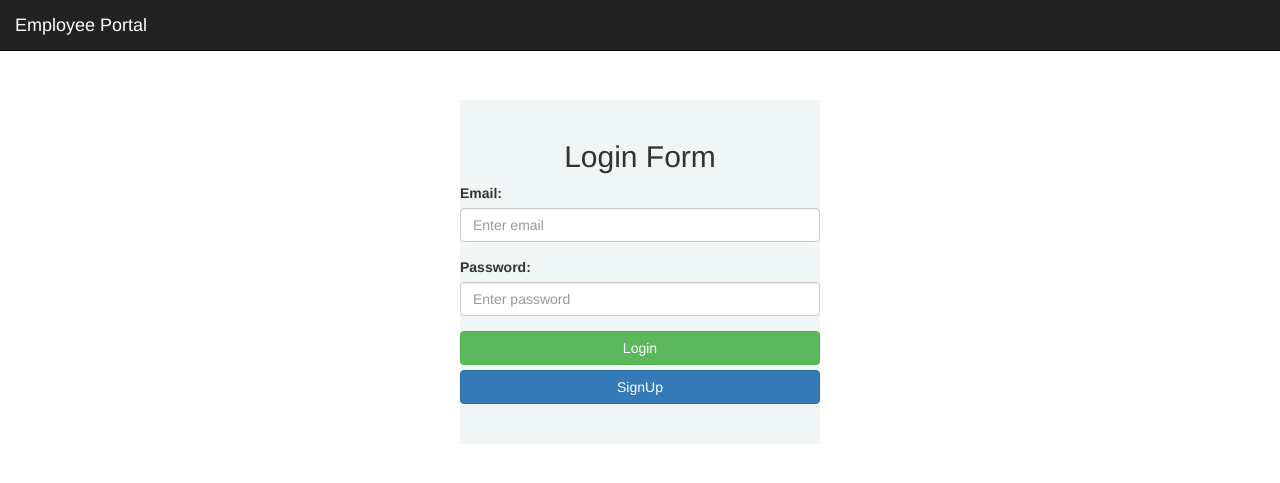
Repository: jagdishpatil18/JavaAdv
Page: http://localhost/EmployeePortal/
An editor plug-in stored every save of this project. The page is shown before and after the next save, followed by the edit.
The browser window is 1280 px wide. The pictures show the whole page.
Some web libraries are served in a nearby version. The page is served by Tomcat 9.

Above is the page before, as saved 2017-05-26 13:00:51.

After the next save:
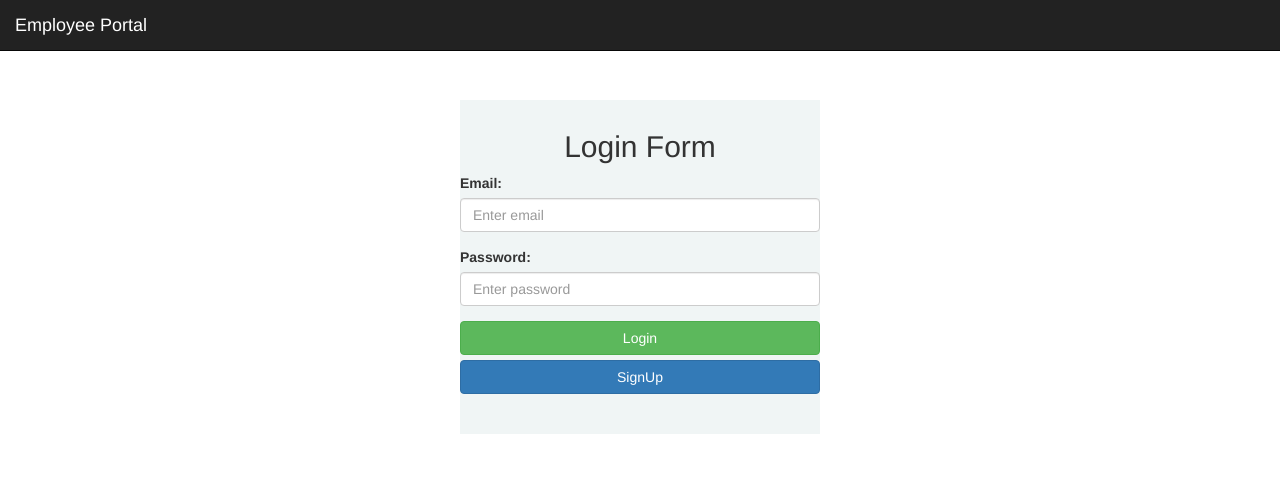
Saved 11 s later.
--- a/EmployeePortal/EmployeePortal/WebContent/Newlogin.jsp
+++ b/EmployeePortal/EmployeePortal/WebContent/Newlogin.jsp
@@ -52,7 +52,7 @@ margin-top: 100px;
 /* border:2px solid; */
 background-color:#f0f5f5 ;
 padding-bottom: 40px;
-padding-top: 20px;
+padding-top: 10px;
 }
 
 #h2login{
